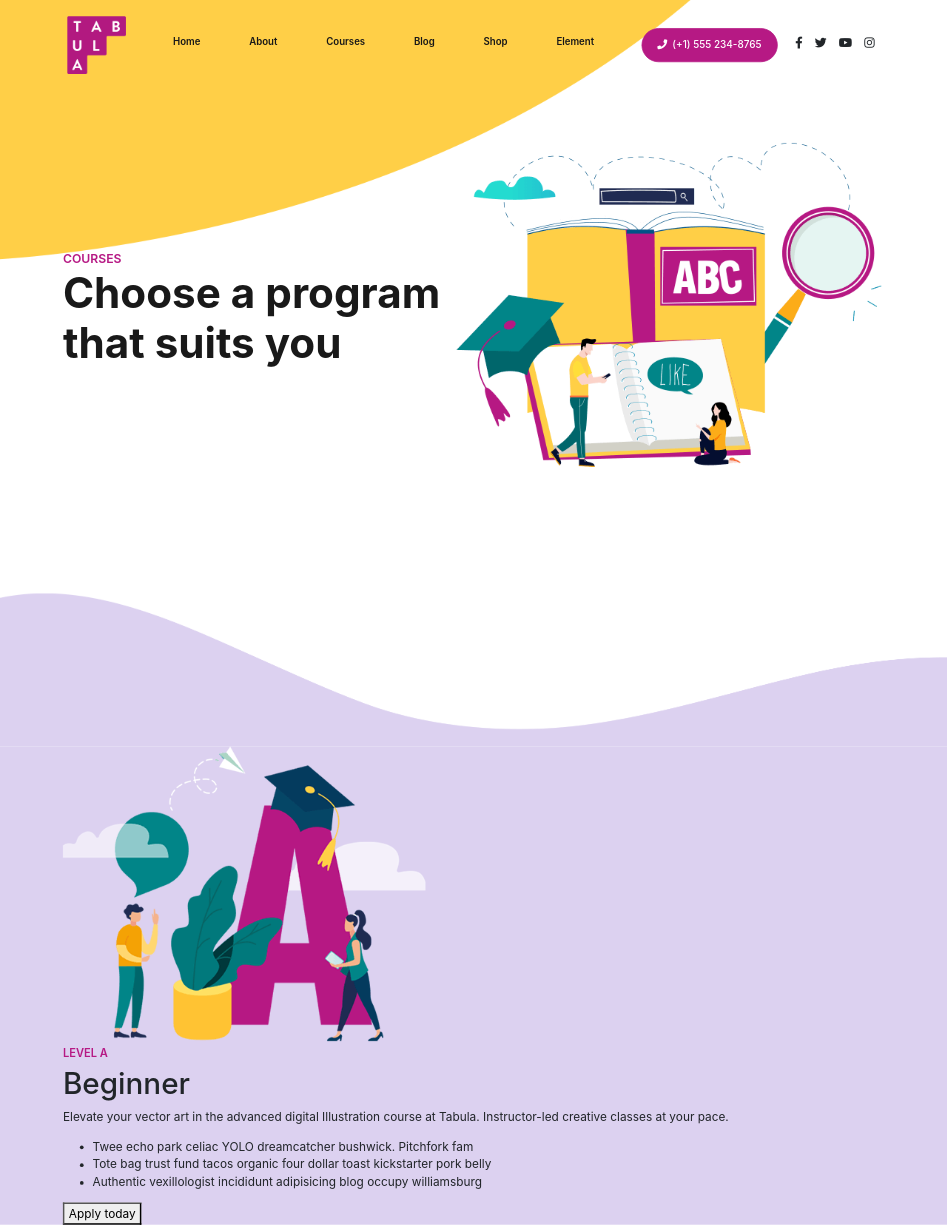
Repository: Khanh1234-glitch/TruongNguyenBaoKhanh_BC22_assignment__tabula
Page: Tabula/index.html
The author's editor kept a copy of each file at every save. The page is drawn from the files as they stood at one save, then again after the next save.
The browser window is 1280 px wide. The pictures show the whole page, at 74% of full size.
The style sheet was rebuilt from its Sass, Less or Tailwind sources for each picture, by a compiler version that may differ from the author's.

Above is the page before, as saved 2022-04-16 11:06:24.

### Tabula/index.html
<!doctype html>
<html lang="en">

<head>
    <title>Title</title>
    <!-- Required meta tags -->
    <meta charset="utf-8">
    <meta name="viewport" content="width=device-width, initial-scale=1, shrink-to-fit=no">
    <!-- link css -->
    <link rel="stylesheet" href="./css/style.css">
    <!-- link fontawesome -->
    <link rel="stylesheet" href="https://cdnjs.cloudflare.com/ajax/libs/font-awesome/5.15.4/css/all.min.css">
    <!-- Bootstrap CSS -->
    <link rel="stylesheet" href="https://stackpath.bootstrapcdn.com/bootstrap/4.3.1/css/bootstrap.min.css" integrity="sha384-ggOyR0iXCbMQv3Xipma34MD+dH/1fQ784/j6cY/iJTQUOhcWr7x9JvoRxT2MZw1T" crossorigin="anonymous">
</head>

<body>
    <header>
        <nav class="navbar container navbar-expand-md navbar-dark">
            <!-- Toggler/collapsibe Button -->
            <button class="navbar-toggler" type="button" data-toggle="collapse" data-target="#collapsibleNavbar">
                <span class="navbar-toggler-icon"></span>
            </button>
            <!-- Brand -->
            <img style="cursor:pointer" src="./img/crest.png" alt="">
            <!-- Navbar links -->
            <div class="collapse navbar-collapse " id="collapsibleNavbar">
                <ul class="navbar-nav ml-auto">
                    <li class="nav-item">
                        <a class="nav-link" href="#">Home</a>
                    </li>
                    <li class="nav-item">
                        <a class="nav-link" href="#">About</a>
                    </li>
                    <li class="nav-item">
                        <a class="nav-link" href="#">Courses</a>
                    </li>
                    <li class="nav-item">
                        <a class="nav-link" href="#">Blog</a>
                    </li>
                    <li class="nav-item">
                        <a class="nav-link" href="#">Shop</a>
                    </li>
                    <li class="nav-item">
                        <a class="nav-link" href="#">Element</a>
                    </li>
                    <li class="button">
                        <button class="btn-header"><i style="margin-right:7px;" class="fa fa-phone"></i> (+1) 555 234-8765</button>
                    </li>
                    <li class="nav-item" style="margin-top:10px">
                        <i class="fab fa-facebook-f"></i>
                        <i class="fab fa-twitter"></i>
                        <i class="fab fa-youtube"></i>
                        <i class="fab fa-instagram"></i>
                    </li>
                </ul>
            </div>
        </nav>
        <div class="hero-book container ">
            <div class="text-left">
                <span>COURSES</span>
                <h1>Choose a program that suits you</h1>
            </div>
            <div class="img-right">
                <img src="./img/hero_books.png" alt="">
            </div>
        </div>
    </header>
    <div class="img-beginer">
        <img src="./img/Violet_top_left_wave.png" alt="">
    </div>

    <section class="beginner ">
        <div class="title-beginner container">
            <div class="img_left">
                <img src="./img/letter_a.png" alt="">
            </div>
            <div class="text_right">
                <p>LEVEL A
                </p>
                <h1>Beginner
                </h1>
                <p>Elevate your vector art in the advanced digital Illustration course at Tabula. Instructor-led creative classes at your pace.</p>
                <ul>
                    <li>Twee echo park celiac YOLO dreamcatcher bushwick. Pitchfork fam</li>
                    <li>Tote bag trust fund tacos organic four dollar toast kickstarter pork belly</li>
                    <li>Authentic vexillologist incididunt adipisicing blog occupy williamsburg</li>
                </ul>
                <div class="btn-beginner">
                    <button>Apply today</button>
                </div>
            </div>
        </div>
    </section>
    <!-- Optional JavaScript -->
    <!-- jQuery first, then Popper.js, then Bootstrap JS -->
    <script src="https://code.jquery.com/jquery-3.3.1.slim.min.js" integrity="sha384-q8i/X+965DzO0rT7abK41JStQIAqVgRVzpbzo5smXKp4YfRvH+8abtTE1Pi6jizo" crossorigin="anonymous"></script>
    <script src="https://cdnjs.cloudflare.com/ajax/libs/popper.js/1.14.7/umd/popper.min.js" integrity="sha384-UO2eT0CpHqdSJQ6hJty5KVphtPhzWj9WO1clHTMGa3JDZwrnQq4sF86dIHNDz0W1" crossorigin="anonymous"></script>
    <script src="https://stackpath.bootstrapcdn.com/bootstrap/4.3.1/js/bootstrap.min.js" integrity="sha384-JjSmVgyd0p3pXB1rRibZUAYoIIy6OrQ6VrjIEaFf/nJGzIxFDsf4x0xIM+B07jRM" crossorigin="anonymous"></script>
</body>

</html>

### Tabula/Sass/style.scss
@import "./helper/mixin";
@import "./helper/variable";
@import "./Component/navbar";
@import "./Component/button";
@import "./Component/social";
@import "./Component/herobook";
@import "./Component/benginer";
@import "./Component/img";

### Tabula/Sass/helper/_mixin.scss
@mixin content($fs, $fw, $color) {
    font-size: $fs;
    font-weight: $fw;
    background-color: $color;
}

@mixin content2($fs, $fw, $color) {
    font-size: $fs;
    font-weight: $fw;
    color: $color;
}

### Tabula/Sass/helper/_variable.scss
//color
$color:#e6afd4;
$color2:#181818;
$color3:#b61984 !important;
$color4:#191919;
//font weight
$fw-1:500;
$fw-2:600;
$fw-3:700;
$fw-4:800;
//font-size
$fs-1:13px;
$fs-2:57px;
$fs-3:16.5px;
$fs-4:14.625px;
$fs-5:13.125px;
$fs-6:13.5px;
$fs-7:16.5px;
$fs-8:15px;

### Tabula/Sass/Component/_navbar.scss
body {
    background: url("./../../img/yellow_top_wave_01.png");
    background-repeat: no-repeat;
    header {
        .navbar-nav {
            .nav-item {
                a {
                    @include content2($fs-1,
                    $fw-2,
                    $color2);
                    line-height: 80px;
                    margin-right: 50px;
                    color: $color2 !important;
                    transition: all 0.5s;
                    &::after {
                        content: "";
                        width: 10px;
                        height: 10px;
                        margin-left: 7px;
                        border-radius: 100%;
                        display: block;
                        background-color: $color3;
                        transition: all 0.5s;
                        transform: scaleX(0);
                    }
                    &:hover {
                        color: $color3;
                        &::after {
                            transform: scaleX(1);
                        }
                    }
                }
            }
        }
    }
}

### Tabula/Sass/Component/_button.scss
    .navbar-nav {
        .button {
            display: flex;
            align-items: center;
            margin-right: 18px;
            button {
                @include content($fs-6, $fw-1, $color3);
                align-items: center;
                border-radius: 50px;
                display: flex;
                justify-content: center;
                line-height: 13.5px;
                margin: 6px;
                padding: 14.85px 20.25px;
                text-align: center;
                color: #fff;
                border: 1px solid $color3;
                transition: all 0.2s;
                &:hover {
                    background-color: #fff !important;
                    border: 1px solid $color3;
                    color: $color3;
                }
            }
        }
    }

### Tabula/Sass/Component/_social.scss
.navbar-nav {
    .nav-item {
        i {
            margin-right: 12px;
            line-height: 80px;
            cursor: pointer;
            transition: all 0.5s;
            &:hover {
                color: $color3;
            }
        }
    }
}

### Tabula/Sass/Component/_herobook.scss
.hero-book {
    display: flex;
    .text-left {
        margin-top: 216px;
        span {
            @include content2($fs-7, $fw-2, $color3);
            line-height: 19.8px;
        }
        h1 {
            @include content2($fs-2, $fw-3, $color4);
            line-height: 68.4px;
        }
    }
    .img-right {
        margin-bottom: 100px;
    }
}

### Tabula/Sass/Component/_benginer.scss
.beginner {
    background-color: rgb(220, 209, 240);
    .text_right {
        p:first-of-type {
            @include content2($fs-8, $fw-2, $color3);
            line-height: 18px;
            margin: 0px 0px 9px;
        }
    }
}

### Tabula/Sass/Component/_img.scss
.img-beginer {
    img {
        width: 100%;
        height: auto;
        display: block;
    }
}

After the next save:
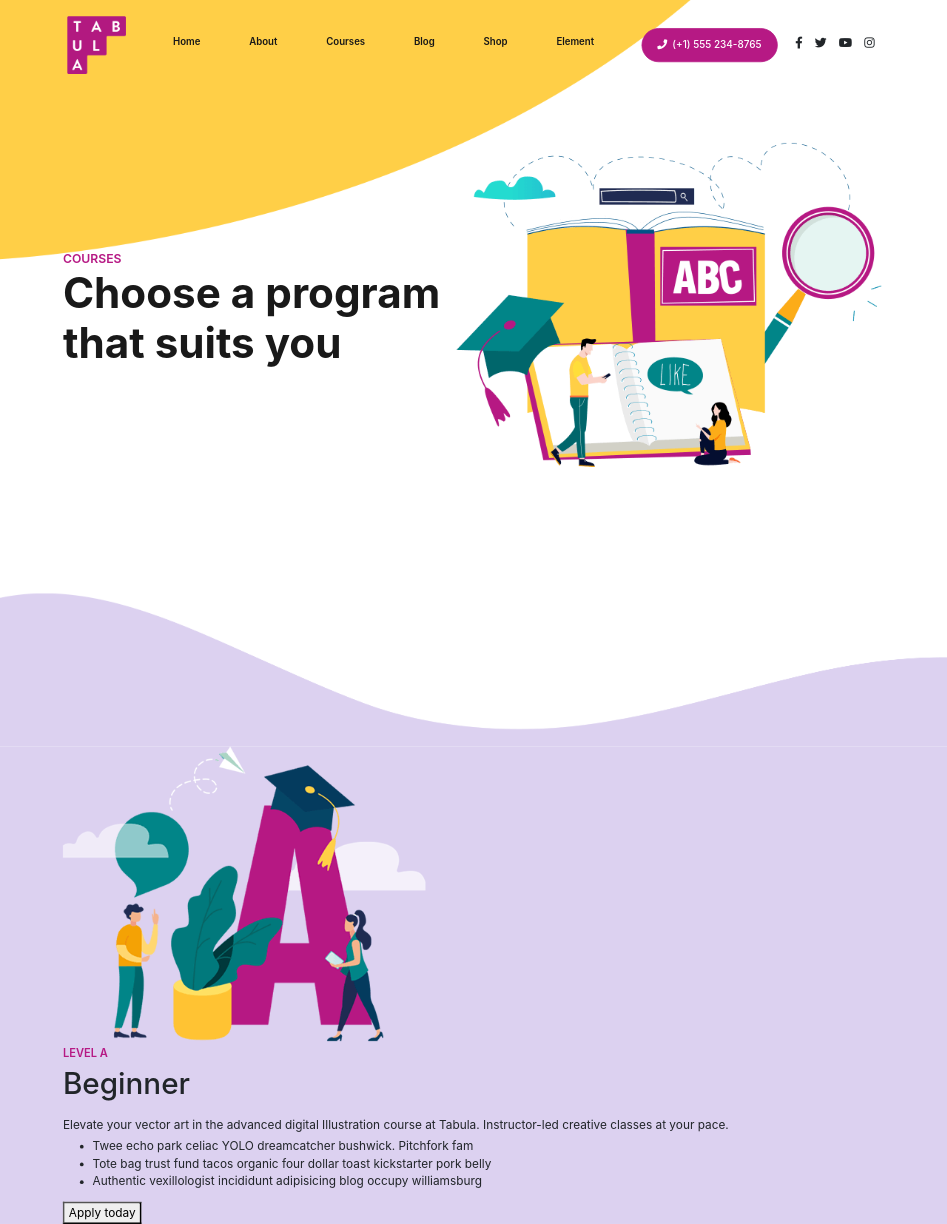
Saved 49 s later.
--- a/Tabula/Sass/Component/_benginer.scss
+++ b/Tabula/Sass/Component/_benginer.scss
@@ -6,5 +6,9 @@
             line-height: 18px;
             margin: 0px 0px 9px;
         }
+        p {
+            line-height: 32.775px;
+            margin: 13.8px 0px 0px;
+        }
     }
 }
